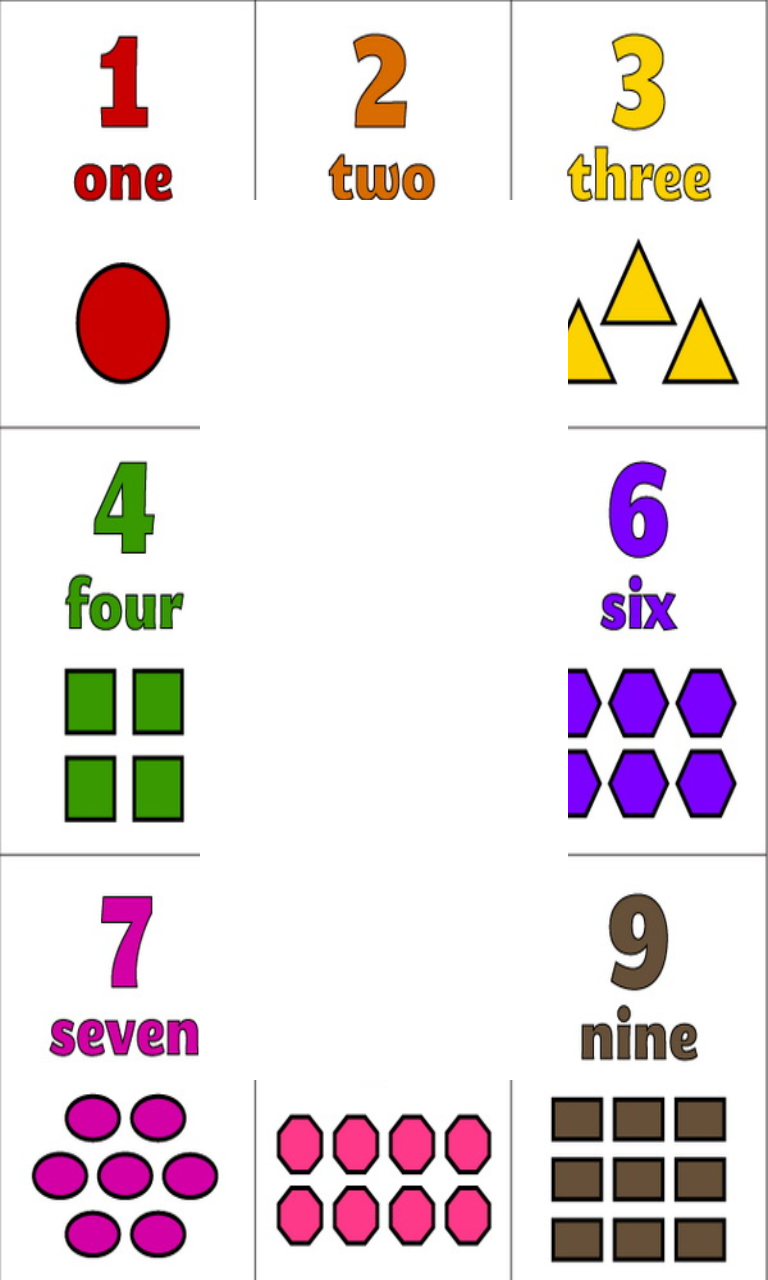
Repository: odil-akhmedov/FlashCardsAndroid
Layout: FlashCardsAOK/res/layout/activity_main.xml
The author's editor kept a copy of each file at every save. The layout is drawn from the files as they stood at one save, then again after the next save.
It is drawn on a 768 x 1280 px phone screen (xhdpi) without system bars, with theme android:Theme.NoTitleBar; the app's code is not run. Lists and similar views that code fills are empty. The app's manifest (not shown) leaves right-to-left support off. So textAlignment, textDirection and layoutDirection are ignored, and left and right values win over start and end ones.

Above is the layout before, as saved 2014-06-30 20:23:55.

After the next save:
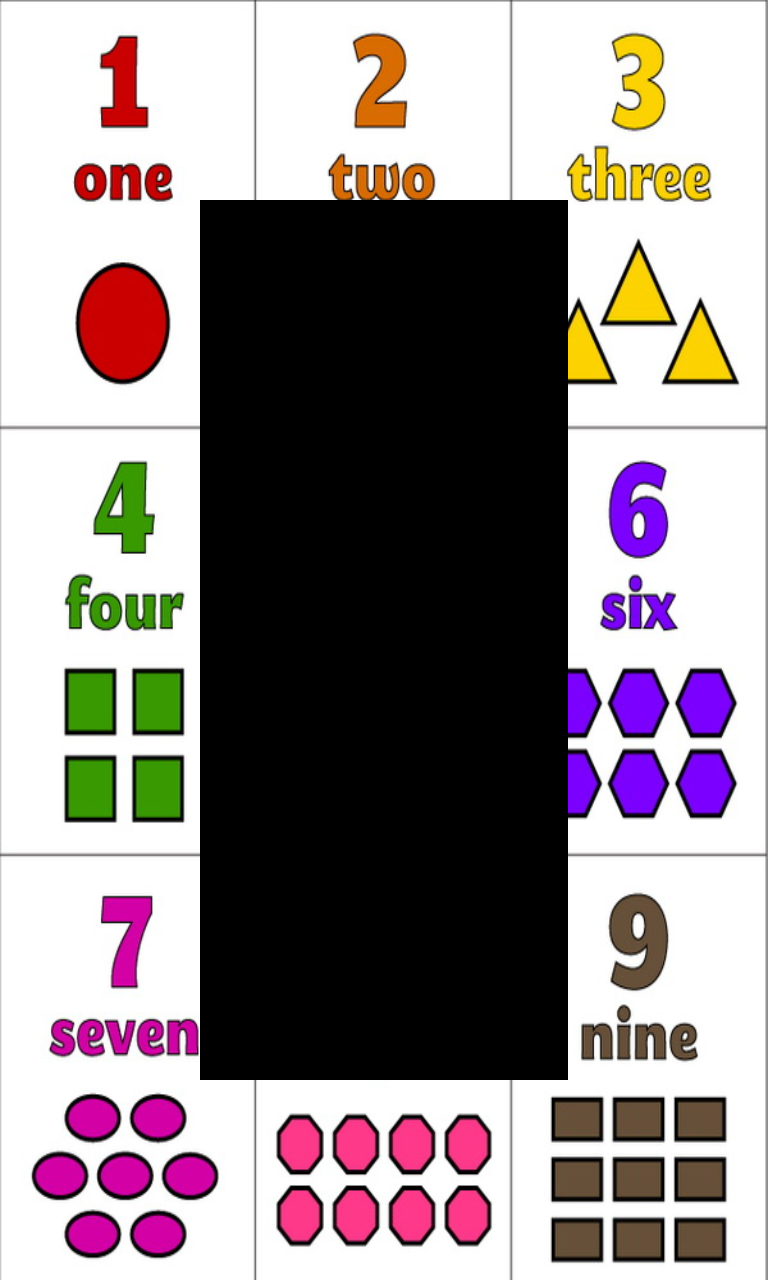
Saved 44 s later.
--- a/FlashCardsAOK/res/layout/activity_main.xml
+++ b/FlashCardsAOK/res/layout/activity_main.xml
@@ -11,11 +11,11 @@
     <!-- android:background="@drawable/main_bg" -->
 
     <RelativeLayout
-        android:background="#fff"
+        android:background="#000"
         android:layout_width="wrap_content"
         android:layout_height="wrap_content"
         android:layout_margin="100dp"
-        android:textColor="@android:color/black">
+        android:textColor="@android:color/white">
 
         <ListView
             android:id="@+id/menuList"
